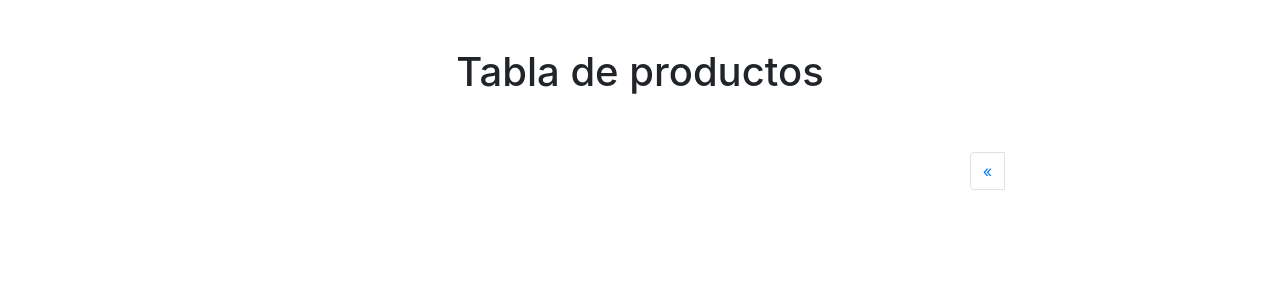
Repository: pedro-donoso/tabla-paginada
Page: index.html
An editor plug-in stored every save of this project. The page is shown before and after a run of saves, followed by the edit.
The browser window is 1280 px wide. The pictures show the whole page.

Above is the page before, as saved 2024-02-06 16:31:36.

After the next 2 saves:
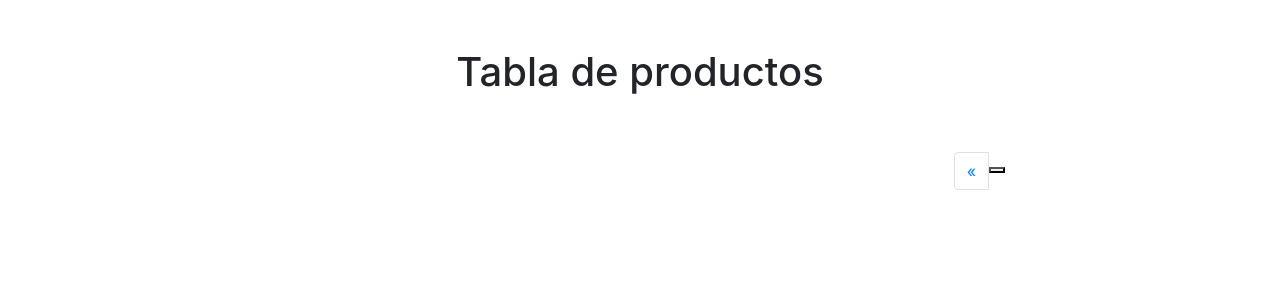
The 2 saves are shown as one change because they came seconds apart.
The last was saved 10 min 52 s later.
--- a/index.html
+++ b/index.html
@@ -32,7 +32,9 @@
                             </li>
                             <div class="items" class="d-flex"></div>
                             <li class="page-item">
+                                <button>
 
+                                </button>
                             </li>
                         </ul>
                     </nav>
